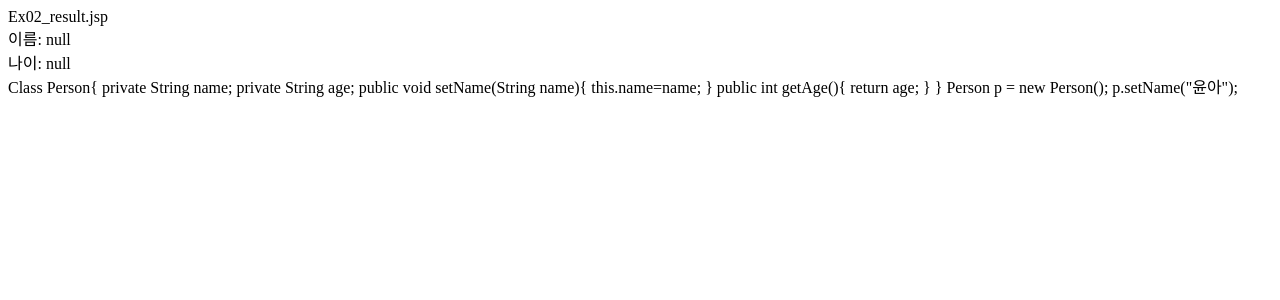
Repository: gom0109/JSP_DK
Page: http://localhost/01_Basic/02_request/Ex02_result.jsp
The author's editor kept a copy of each file at every save. The page is drawn from the files as they stood at one save, then again after the next save.
The browser window is 1280 px wide. The pictures show the whole page.
The page is served by Tomcat 9.

Above is the page before, as saved 2021-01-19 01:31:33.

### 01_Basic/WebContent/02_request/Ex02_result.jsp
<%@ page language="java" contentType="text/html; charset=UTF-8"
    pageEncoding="UTF-8"%>

Ex02_result.jsp <br>

<%
	String name = request.getParameter("name");
	String age = request.getParameter("age");

%>
이름: <%=name%><br>
나이: <%=age%> <br>

Class Person{
	private String name;
	private String age;

	public void setName(String name){
		this.name=name;
	}
	public int getAge(){
		return age;
	}

}

Person p = new Person();
p.setName("윤아");

After the next save:
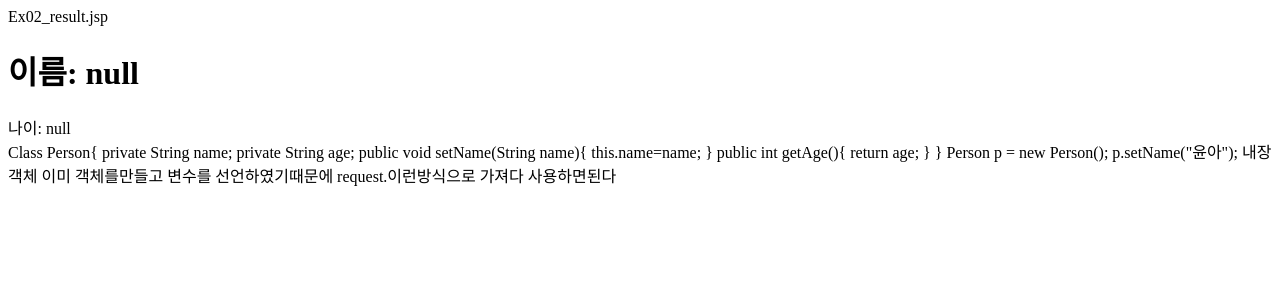
Saved 16 min 25 s later.
--- a/01_Basic/WebContent/02_request/Ex02_result.jsp
+++ b/01_Basic/WebContent/02_request/Ex02_result.jsp
@@ -2,13 +2,15 @@
     pageEncoding="UTF-8"%>
 
 Ex02_result.jsp <br>
-
+<!-- HttpServletRequest request = new HttpServletRequest()이런식으로 미리 객체를 만들어놓음 내장객체 -->
 <%
 	String name = request.getParameter("name");
 	String age = request.getParameter("age");
+	/* 내장객체 이미 객체를만들고 변수를 선언하였기때문에 request.이런방식으로 가져다 사용하면된다 */
+
 
 %>
-이름: <%=name%><br>
+<h1>이름: <%=name%><br></h1>
 나이: <%=age%> <br>
 
 Class Person{
@@ -26,3 +28,5 @@ Class Person{
 
 Person p = new Person();
 p.setName("윤아");
+
+내장객체 이미 객체를만들고 변수를 선언하였기때문에 request.이런방식으로 가져다 사용하면된다
